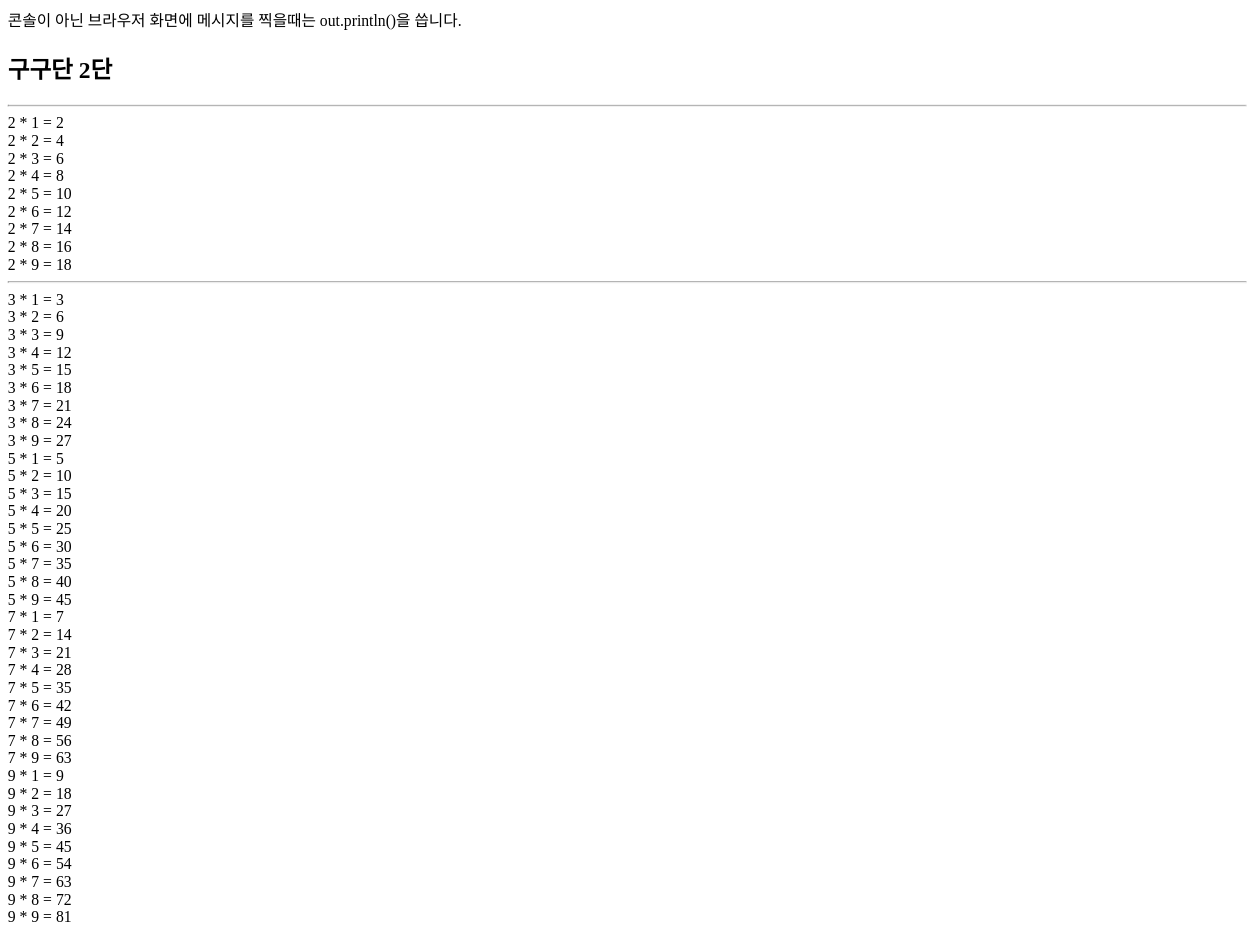
Repository: Andante8989/jsp_practice
Page: http://localhost/JSPBasic/jsptag/scriptlet.jsp
An editor plug-in stored every save of this project. The page is shown before and after the next save, followed by the edit.
The browser window is 1280 px wide. The pictures show the whole page, at 98% of full size.
The page is served by Tomcat 9.

Above is the page before, as saved 2022-03-22 11:45:31.

After the next save:
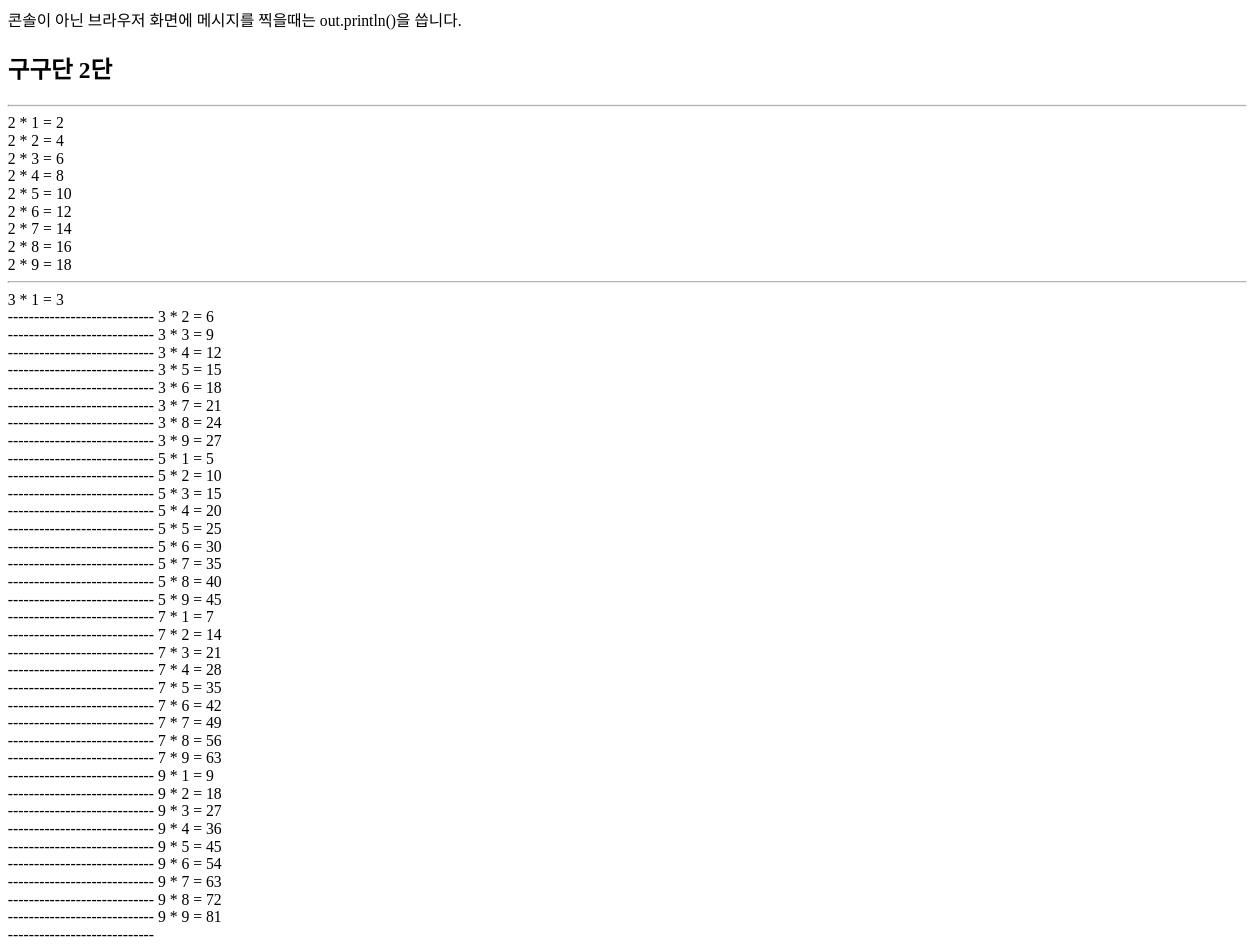
Saved 2 min 47 s later.
--- a/JSPBasic/src/main/webapp/jsptag/scriptlet.jsp
+++ b/JSPBasic/src/main/webapp/jsptag/scriptlet.jsp
@@ -23,6 +23,7 @@
 			if(a % 2 != 0) {
 				for(int b = 1; b < 10; b++) {
 					out.println(a + " * " + b + " = " + a*b + "<br/>");
+					out.println("----------------------------");
 				}
 			}
 		}
